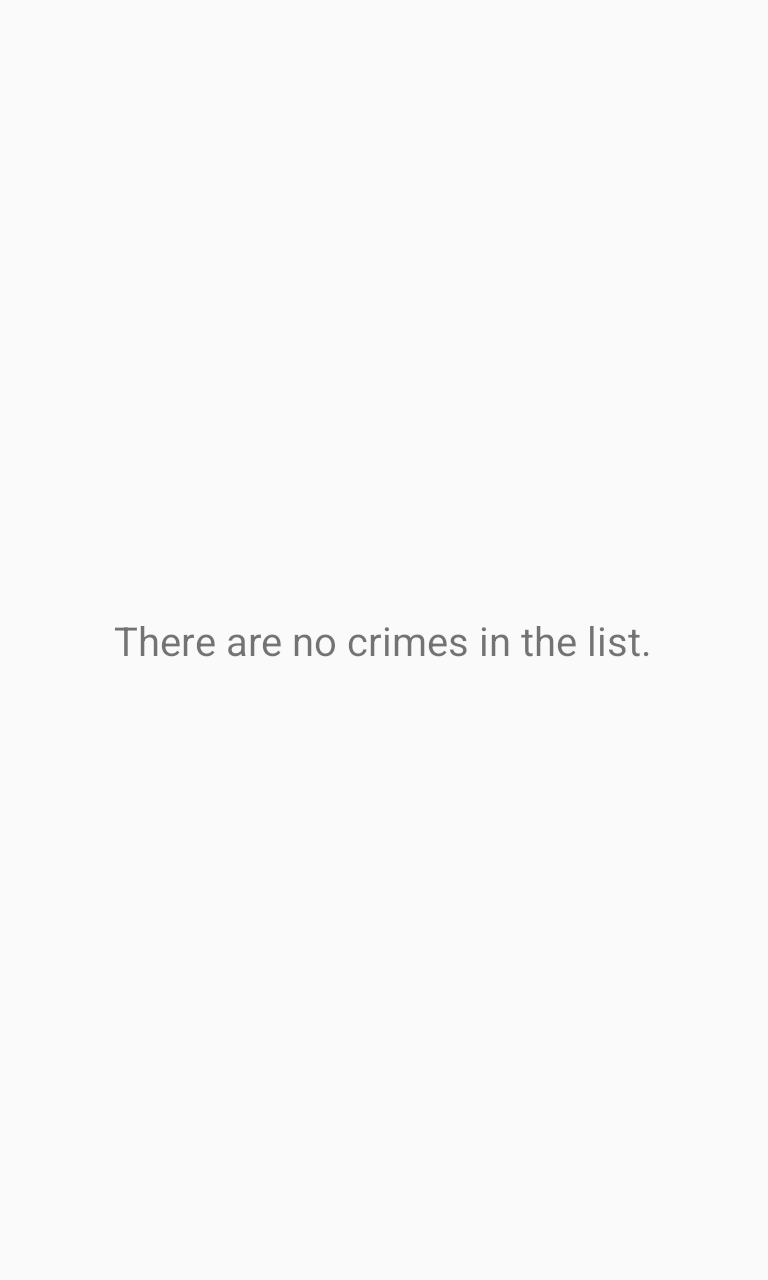
Repository: Jeedan/learning-android-apps
Layout: CriminalIntent/res/layout/fragment_list_crimes.xml
An editor plug-in stored every save of this project. The layout is shown before and after the next save, followed by the edit.
It is drawn on a 768 x 1280 px phone screen (xhdpi) without system bars, with theme AppTheme; the app's code is not run. Lists and similar views that code fills are empty.

Above is the layout before, as saved 2014-10-23 10:03:49.

### CriminalIntent/res/layout/fragment_list_crimes.xml
<?xml version="1.0" encoding="utf-8"?>
<FrameLayout xmlns:android="http://schemas.android.com/apk/res/android"
    android:id="@+id/fragmentListContainer"
    android:layout_width="match_parent"
    android:layout_height="match_parent" >

    <ListView
        android:id="@android:id/list"
        android:layout_width="wrap_content"
        android:layout_height="wrap_content" />

   <TextView
       android:id="@android:id/empty"
       android:layout_width="wrap_content"
       android:layout_height="wrap_content"
       android:layout_gravity="center_vertical|center_horizontal"
       android:text="@string/empty_list"
       android:textSize="20sp" />

</FrameLayout>

### CriminalIntent/res/values/strings.xml
<?xml version="1.0" encoding="utf-8"?>
<resources>

    <string name="app_name">CriminalIntent</string>
    <string name="action_settings">Settings</string>

    <!-- Crime Activity -->
    <string name="title_activity_crime">CrimeActivity</string>
    <string name="crime_title_hint">Enter a title for the crime</string>
    <string name="crime_title_label">Title</string>
    <string name="crime_details_label">Details</string>
    <string name="crime_solved_label">Solved?</string>
    <string name="crimes_title">Crimes</string>
    <string name="date_picker_title">Date of crime:</string>

    <string name="new_crime">New Crime</string>
    <string name="show_subtitle">Show Subtitle</string>
    <string name="hide_subtitle">Hide Subtitle</string>
    <string name="subtitle">If you see something, say something.</string>
    <string name="delete_crime">Delete</string>

    <string name="empty_list">There are no crimes in the list.</string>
</resources>

Loaded but not shown: CriminalIntent/res/values/styles.xml (common file); CriminalIntent/res/values-v11/styles.xml (common file); CriminalIntent/res/values-v14/styles.xml (common file)

After the next save:
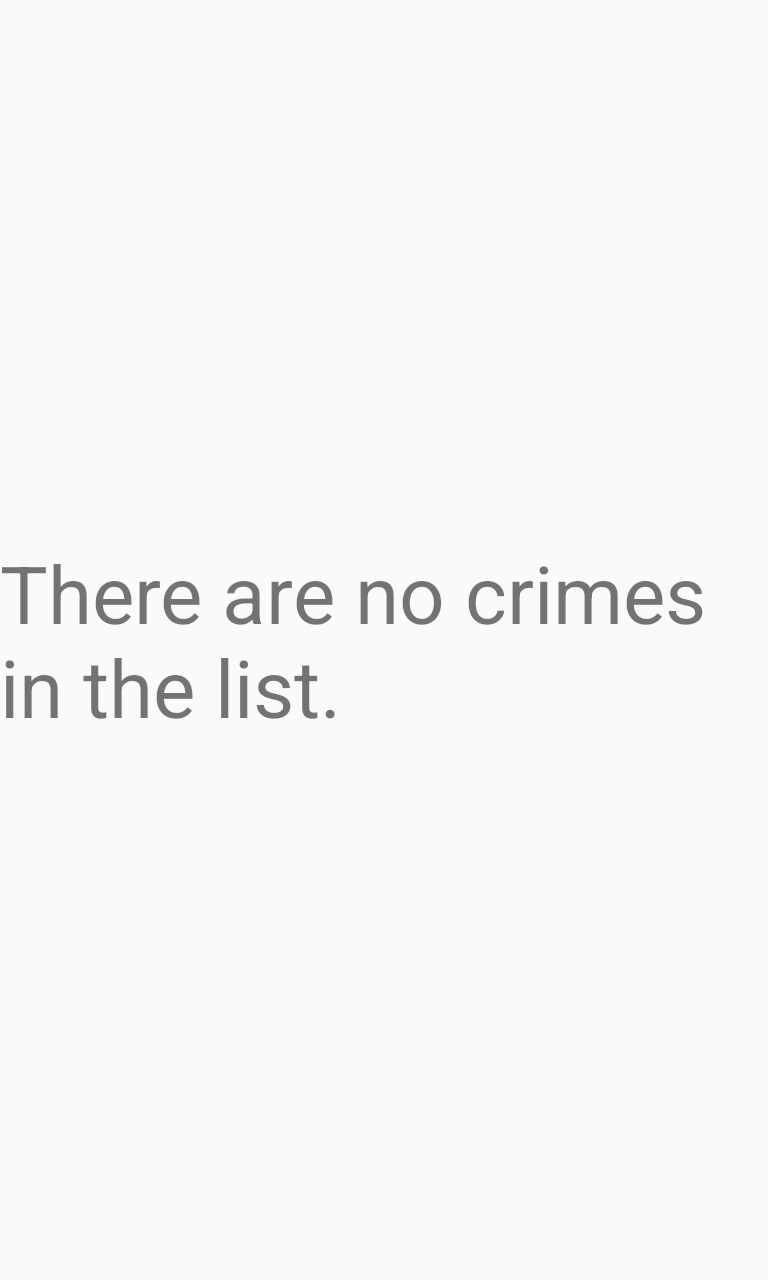
Saved 24 s later.
--- a/CriminalIntent/res/layout/fragment_list_crimes.xml
+++ b/CriminalIntent/res/layout/fragment_list_crimes.xml
@@ -15,6 +15,6 @@
        android:layout_height="wrap_content"
        android:layout_gravity="center_vertical|center_horizontal"
        android:text="@string/empty_list"
-       android:textSize="20sp" />
+       android:textSize="40sp" />
 
 </FrameLayout>
